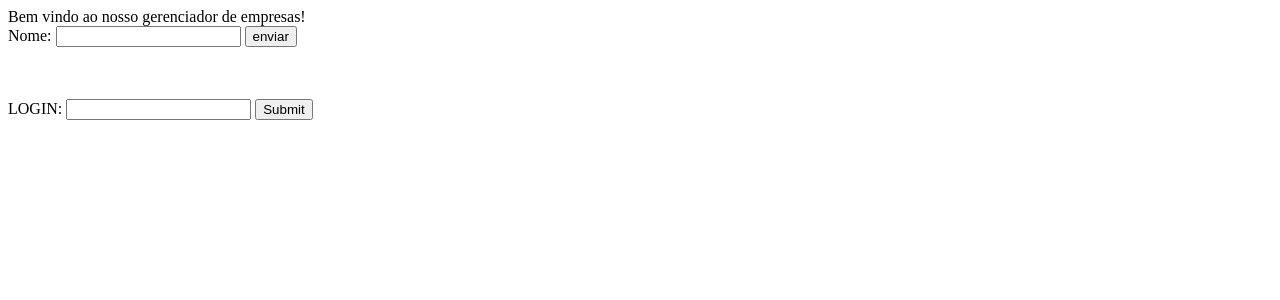
Repository: silllvio/alura
Page: workspace/gerenciador/WebContent/index.html
An editor plug-in stored every save of this project. The page is shown before and after the next save, followed by the edit.
The browser window is 1280 px wide. The pictures show the whole page.

Above is the page before, as saved 2016-11-23 23:15:22.

### workspace/gerenciador/WebContent/index.html
<html>
<body>
	Bem vindo ao nosso gerenciador de empresas!
	<br />

	<form action="novaEmpresa" method="POST">
		Nome: <input type="text" name="nome"> <input type="submit"
			value="enviar">

	</form>

<br>
<br>
<form action="login" method="POST">
	LOGIN: <input type = "text"> <input type = "submit">


</form>



</body>
</html>

After the next save:
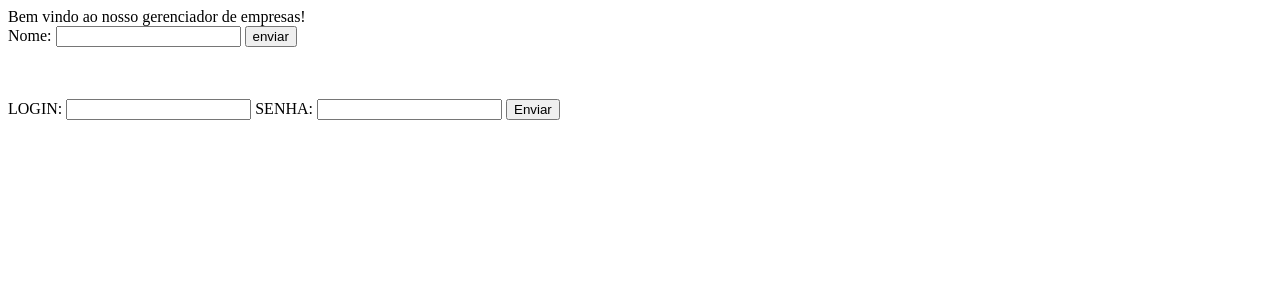
Saved 3 min 22 s later.
--- a/workspace/gerenciador/WebContent/index.html
+++ b/workspace/gerenciador/WebContent/index.html
@@ -12,8 +12,9 @@
 <br>
 <br>
 <form action="login" method="POST">
-	LOGIN: <input type = "text"> <input type = "submit">
-
+	LOGIN: <input type = "email" name= "email"/>
+	SENHA: <input type = "password" name = "senha" />
+		   <input type = "submit" value = "Enviar" />
 
 </form>
 
